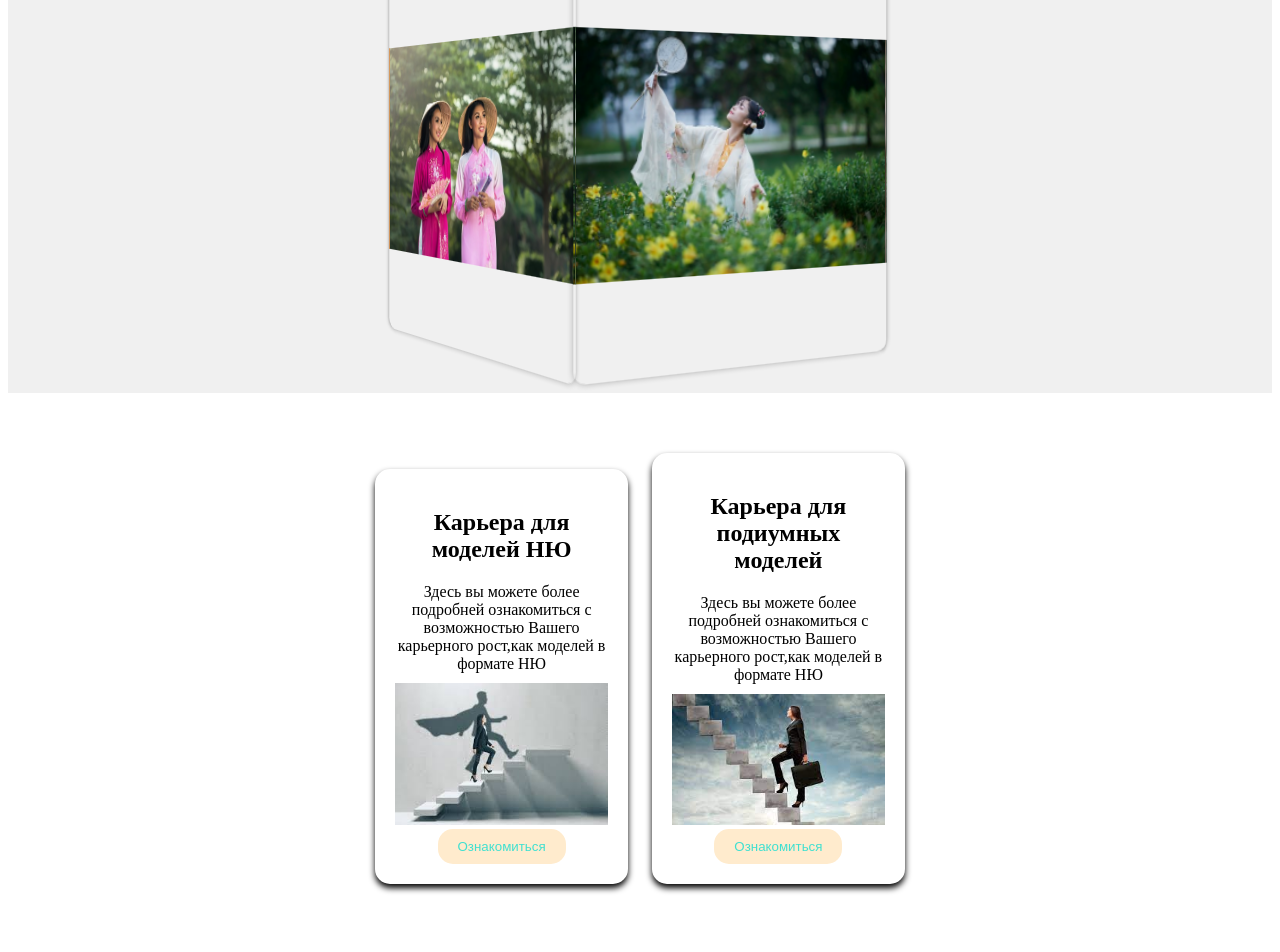
Repository: qtqqrdy13/model-studio
Page: index.html
The author's editor kept a copy of each file at every save. The page is drawn from the files as they stood at one save, then again after the next save.
The browser window is 1280 px wide. The pictures show the part of the page from y = 2125 to 3077 px (the page is 3077 px tall).
A picture or video elsewhere on the page could not be fetched, so the positions and the page height are approximate.

Above is the page before, as saved 2023-09-01 13:34:12.

After the next save:
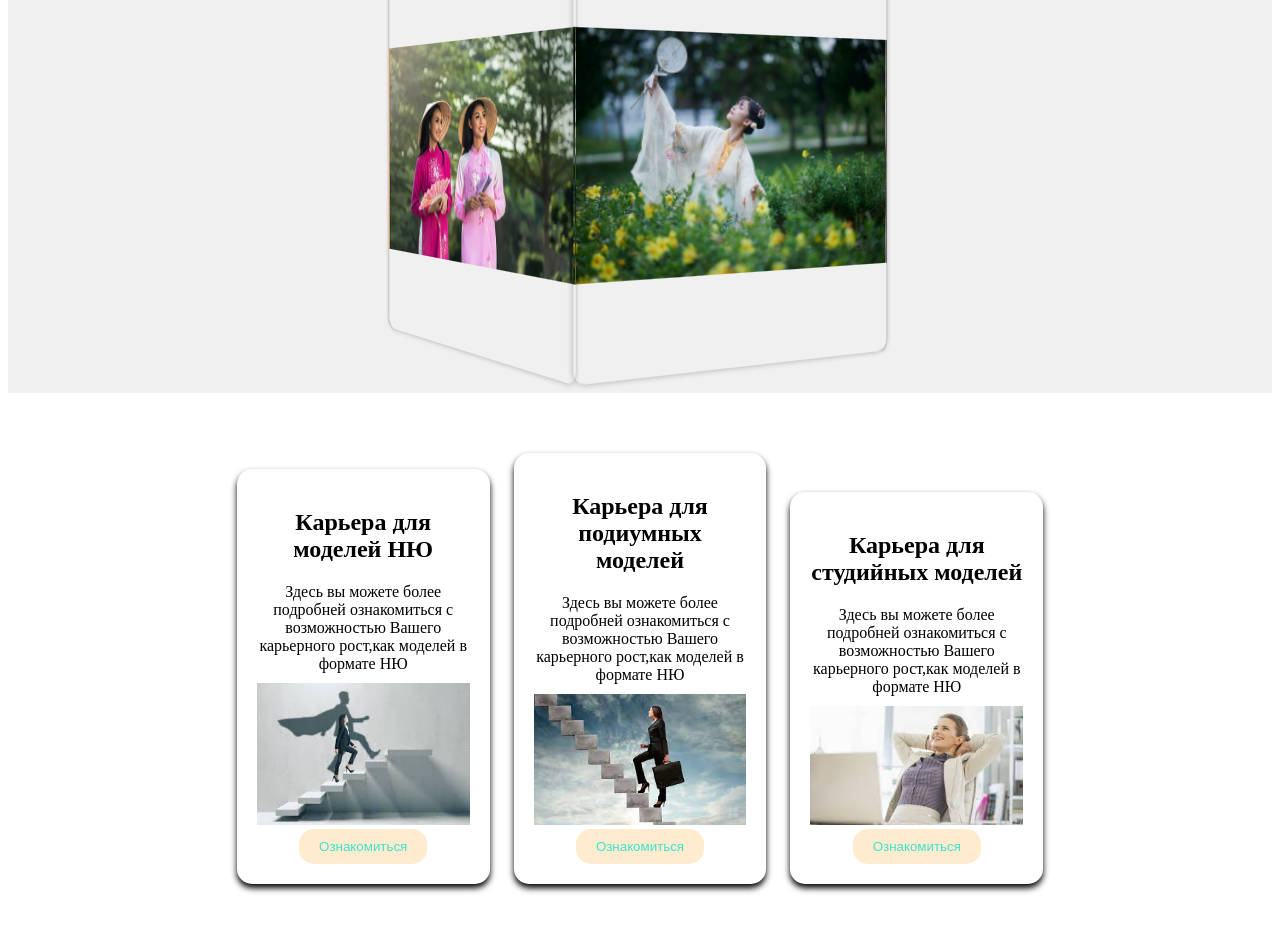
Saved 27 s later.
--- a/index.html
+++ b/index.html
@@ -210,8 +210,19 @@
                 Ознакомиться
             </button>
         </div>
-
-        </div>
+        <div class="category">
+            <h2>
+                Карьера для студийных моделей
+            </h2>
+            <p>
+                Здесь вы можете более подробней ознакомиться с возможностью Вашего карьерного рост,как моделей в формате НЮ
+            </p>
+            <img src="../java/img/kariera3.jpg" alt="image3">
+            <button class="baton">
+                Ознакомиться
+            </button>
+        </div>
+
     </div>
 </body>
 
